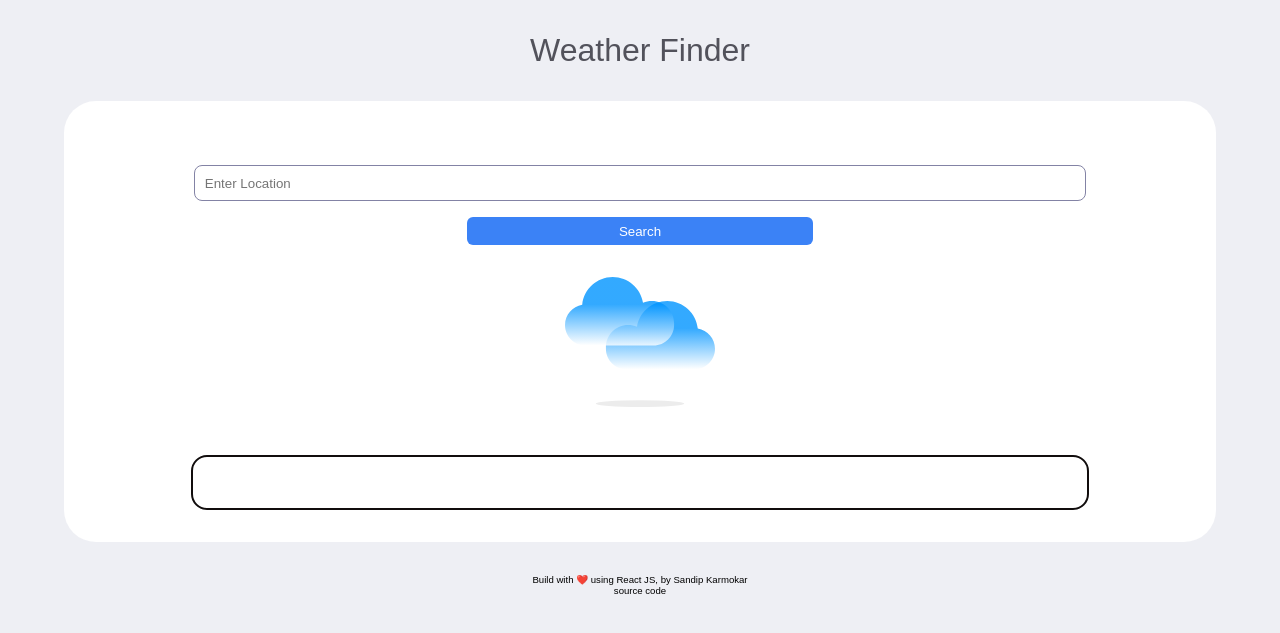
Repository: sandipkarmokar/weather-app
Page: /
An editor plug-in stored every save of this project. The page is shown before and after the next save, followed by the edit.
The browser window is 1280 px wide. The pictures show the whole page.
The project was rebuilt for these pictures with package versions that can differ from the ones it lists, and the page was loaded fresh each time.

Above is the page before, as saved 2022-04-12 17:57:19.

After the next save:
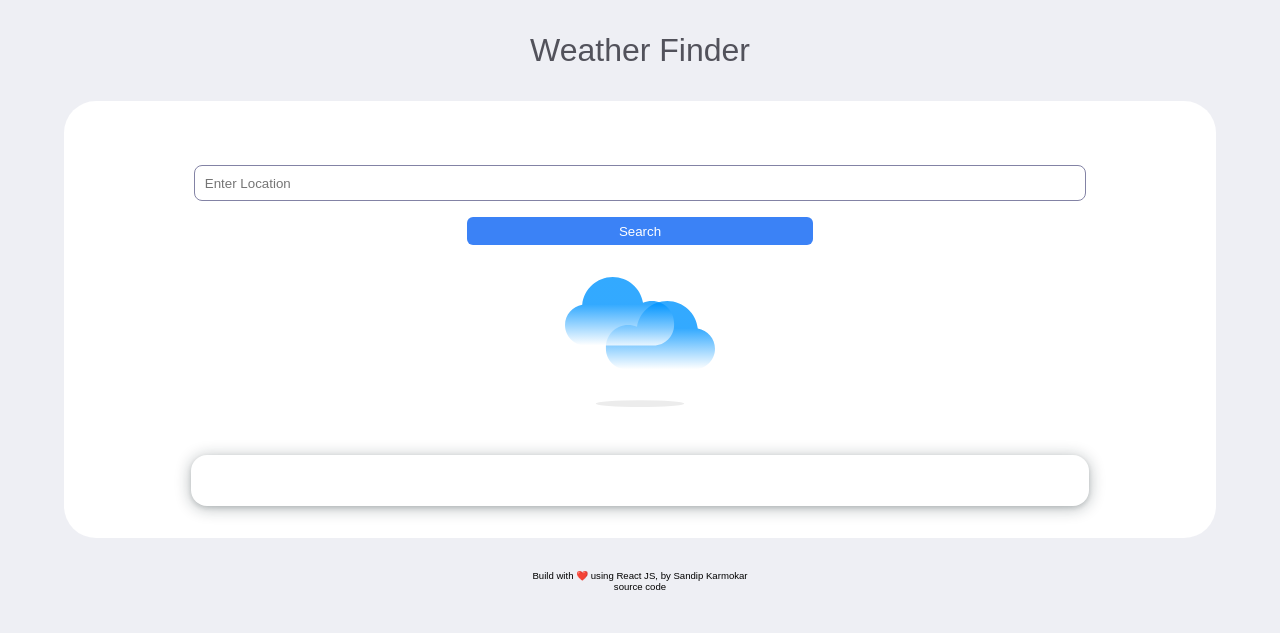
Saved 5 s later.
--- a/src/App.css
+++ b/src/App.css
@@ -59,7 +59,8 @@
 .app .app-container .weather-info-show {
     background-color: #ffffff;
     width: 78%;
-    border: 2px solid rgb(17, 13, 13);
+    box-shadow: rgba(14, 30, 37, 0.12) 0px 2px 4px 0px,
+        rgba(14, 30, 37, 0.32) 0px 2px 16px 0px;
     margin: 1rem auto;
     border-radius: 1rem;
     padding: 1.6rem;
